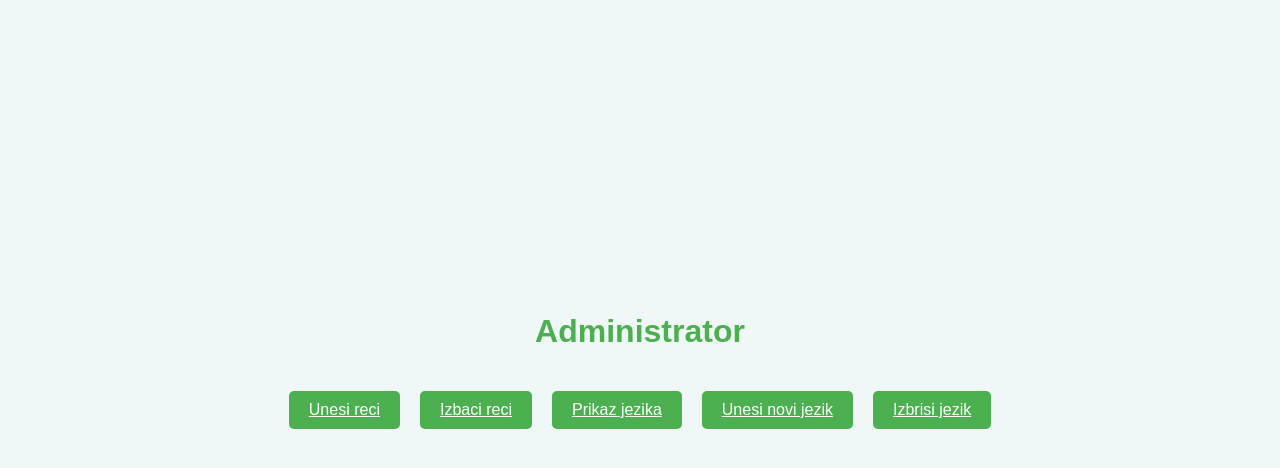
Repository: jodz4k/Polilingo-Spring-web-app
Page: http://localhost/PolilingoWeb/administrator.jsp
An editor plug-in stored every save of this project. The page is shown before and after the next save, followed by the edit.
The browser window is 1280 px wide. The pictures show the whole page.
The page is served by Tomcat 10. Other server files are loaded and not shown.

Above is the page before, as saved 2024-01-29 18:03:54.

### PolilingoWeb/src/main/webapp/administrator.jsp
<%@ page language="java" contentType="text/html; charset=ISO-8859-1"
    pageEncoding="ISO-8859-1"%>
<!DOCTYPE html>
<html>
<head>
    <meta charset="UTF-8">
    <meta name="viewport" content="width=device-width, initial-scale=1.0">
    <title>Administrator</title>
    <style>
        body {
            background-color: #f0f8f7; /* svetlozelena boja pozadine */
            font-family: Arial, sans-serif;
            text-align: center;
            margin: 0;
            padding: 0;
            height: 100vh;
            display: flex;
            flex-direction: column;
            align-items: center;
            justify-content: center;
        }

        h1 {
            color: #4caf50;
        }

        .button-container {
            display: flex;
            flex-wrap: wrap;
            gap: 20px;
            margin-top: 20px;
        }

        .button {
            padding: 10px 20px;
            font-size: 16px;
            cursor: pointer;
            border: none;
            border-radius: 5px;
            transition: background-color 0.3s;
        }

        .add-word-button {
            background-color: #4caf50; /* zelena boja za dodavanje reci */
            color: white;
        }

        .remove-words-button {
            background-color: #4caf50; /* zelena boja za izbacivanje reci */
            color: white;
        }

        .view-stats-button {
            background-color: #4caf50; /* zelena boja za statistike */
            color: white;
        }

        .add-language-button {
            background-color: #4caf50; /* zelena boja za dodavanje jezika */
            color: white;
        }

        .button:hover {
            background-color: #34495e; /* tamnija nijansa na hover efektu */
        }
    </style>
</head>

<body>
    <h1>Administrator</h1>

    <div class="button-container">
		<a href="/Polilingo/admUnosNovihReci.jsp" class="button add-word-button">Unesi reci</a>
		<a href="/Polilingo/admIzbacivanjeReci.jsp" class="button remove-words-button">Izbaci reci</a>
		<a href="/Polilingo/jezik/ispisiJezike" class="button view-stats-button">Prikaz jezika</a>
		<a href="/Polilingo/admUnesiJezik.jsp" class="button add-language-button">Unesi novi jezik</a>
		<a href="/Polilingo/admUnesiJezik.jsp" class="button add-language-button">Izbrisi jezik</a>
    </div>
</body>

</html>

After the next save:
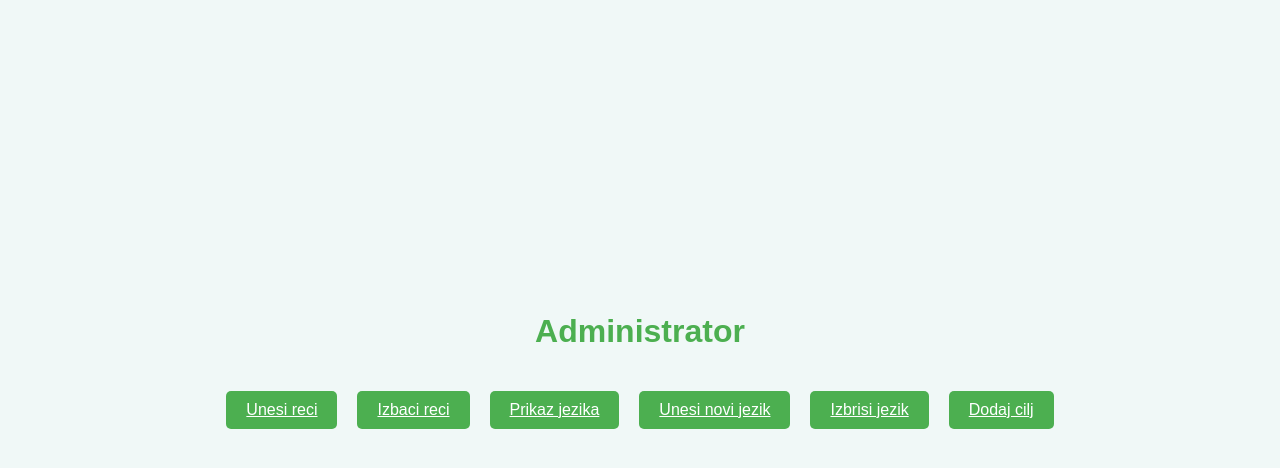
Saved 47 s later.
--- a/PolilingoWeb/src/main/webapp/administrator.jsp
+++ b/PolilingoWeb/src/main/webapp/administrator.jsp
@@ -75,6 +75,7 @@
 		<a href="/Polilingo/jezik/ispisiJezike" class="button view-stats-button">Prikaz jezika</a>
 		<a href="/Polilingo/admUnesiJezik.jsp" class="button add-language-button">Unesi novi jezik</a>
 		<a href="/Polilingo/admUnesiJezik.jsp" class="button add-language-button">Izbrisi jezik</a>
+		<a href="/Polilingo/admUnesiJezik.jsp" class="button add-language-button">Dodaj cilj</a>
     </div>
 </body>
 
